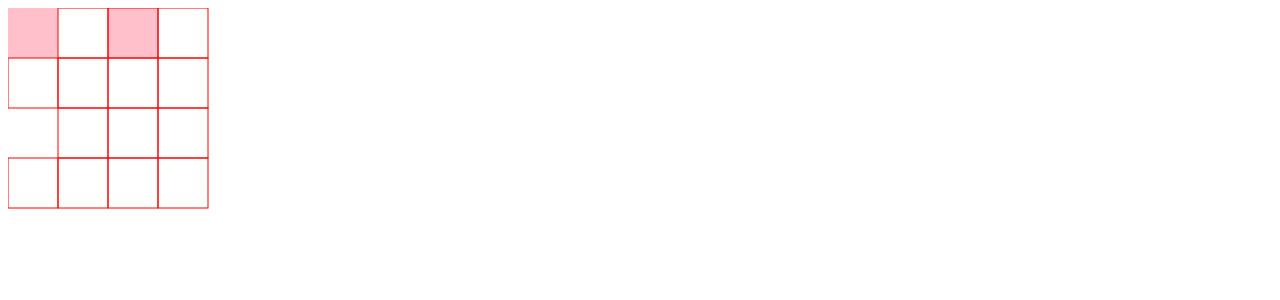
Repository: JIHYEONHE/doit
Page: FAST_ZZANG/static/canvas3.html
These files come from the project's save history. The page is drawn as it stood at one moment and after the next save; the edit follows.
The browser window is 1280 px wide. The pictures show the whole page.

Above is the page before, as saved 2022-10-18 01:34:50.

### FAST_ZZANG/static/canvas3.html
<!DOCTYPE html>
<html>
<head>
<meta charset="UTF-8">
<title>Insert title here</title>
<script type="text/javascript">
var cvr2D = [
	   [1,0,1,0],
	   [1,1,1,0],
	   [0,0,0,1],
	   [1,1,0,0]
	];

function myinit(){
    const c = document.getElementById('mycan');
    // 2. 2d모드의 그리기 객체를 취득한다. => 이 객체를 통해 canvas에 그림을 그릴 수 있다.
    const ctx = c.getContext("2d");

    for(var i=0; i<4; i++){ //i는 y
		for(var j=0; j<4; j++){
		    if(cvr2D[i][j]==1&&i==0){
			    ctx.fillStyle = 'pink';
			    ctx.fillRect(j*50,i, 50, 50);
		    }else{
		        ctx.strokeStyle = 'red';
		        ctx.strokeRect(i*50, j*50, 50, 50);

		    }
		}
	}


}

</script>
</head>
<body onload="myinit()">

<canvas id="mycan" width="400px" height="400px">

</canvas>

</body>
</html>

After the next save:
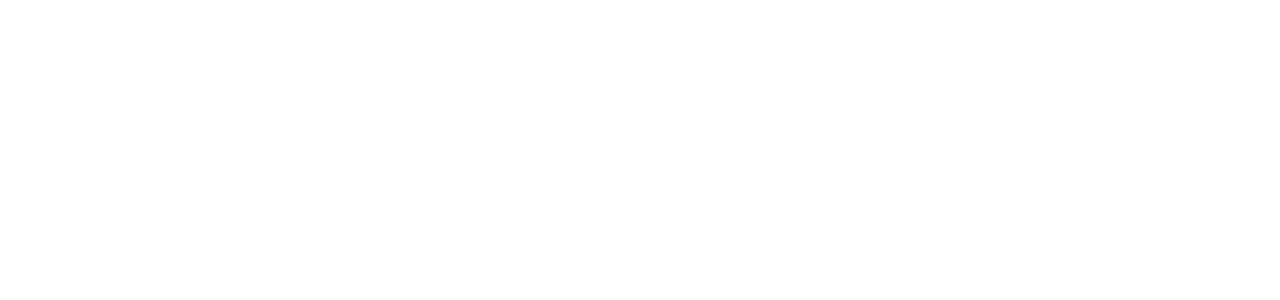
Console error: SyntaxError: Unexpected end of input
Saved 86 s later.
--- a/FAST_ZZANG/static/canvas3.html
+++ b/FAST_ZZANG/static/canvas3.html
@@ -29,7 +29,13 @@
 		}
 	}
 
+    for(var i=0; i<4; i++){ //i는 y
+		for(var j=0; j<4; j++){
+			    ctx.fillStyle = 'pink';
+			    ctx.fillRect(j*50,i, 50, 50);
 
+
+	}
 }
 
 </script>

After the 2 saves that followed:
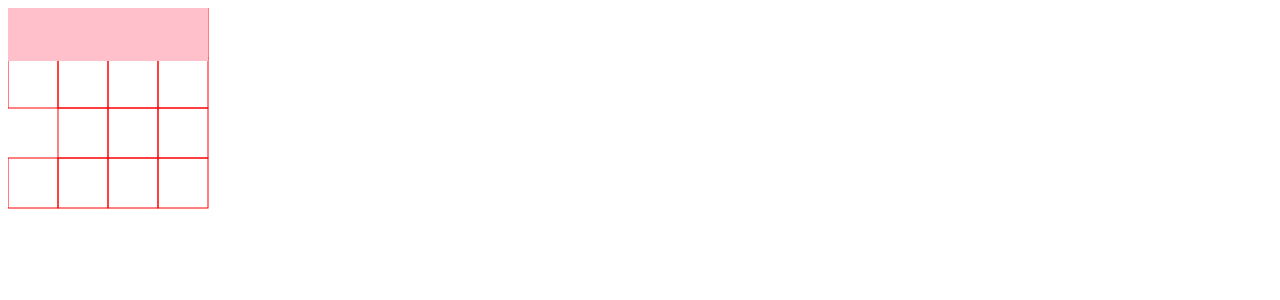
The error is gone.
The 2 saves are shown as one change because 1 left the picture as it was.
The last was saved 7 s later.
--- a/FAST_ZZANG/static/canvas3.html
+++ b/FAST_ZZANG/static/canvas3.html
@@ -34,8 +34,8 @@
 			    ctx.fillStyle = 'pink';
 			    ctx.fillRect(j*50,i, 50, 50);
 
-
 	}
+}
 }
 
 </script>
